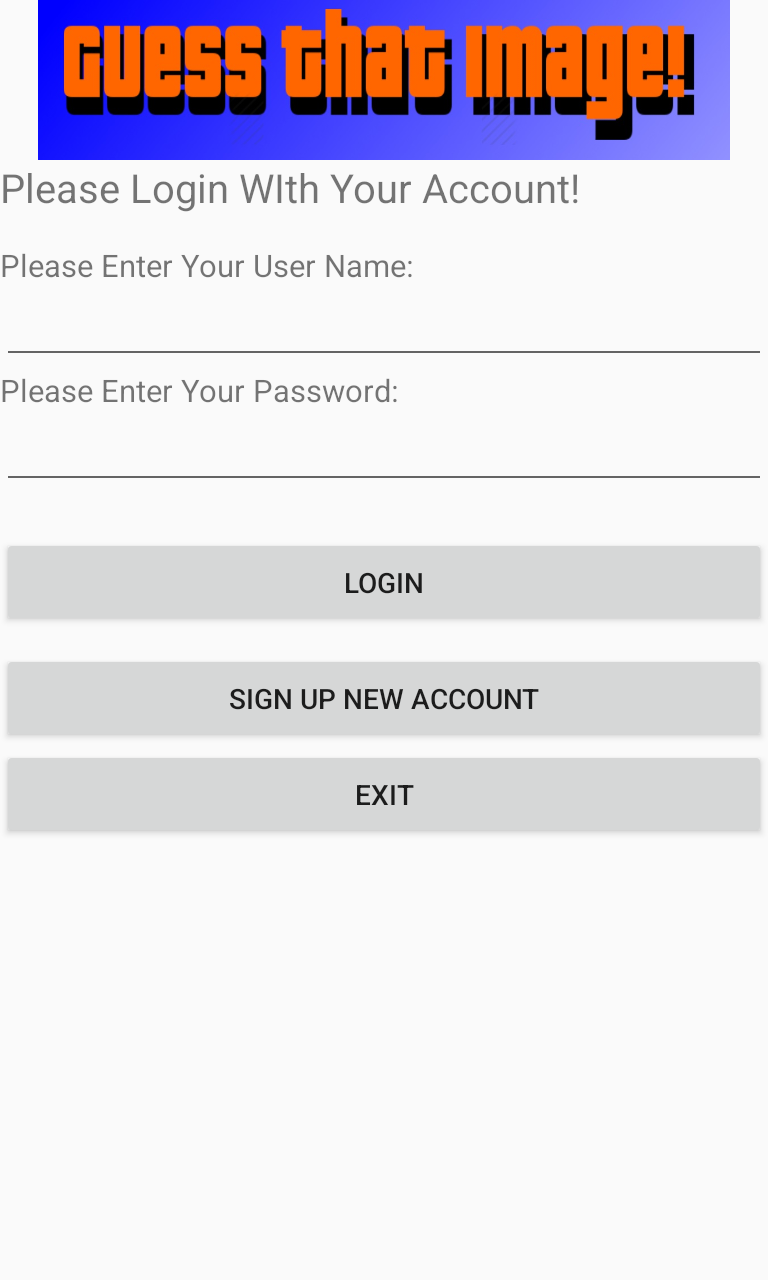
Repository: bdagostino/cse5236FinalProject
Layout: GuessThatImage/res/layout/login.xml
An editor plug-in stored every save of this project. The layout is shown before and after the next save, followed by the edit.
It is drawn on a 768 x 1280 px phone screen (xhdpi) without system bars, with theme AppTheme; the app's code is not run.

Above is the layout before, as saved 2014-07-04 00:37:25.

After the next save:
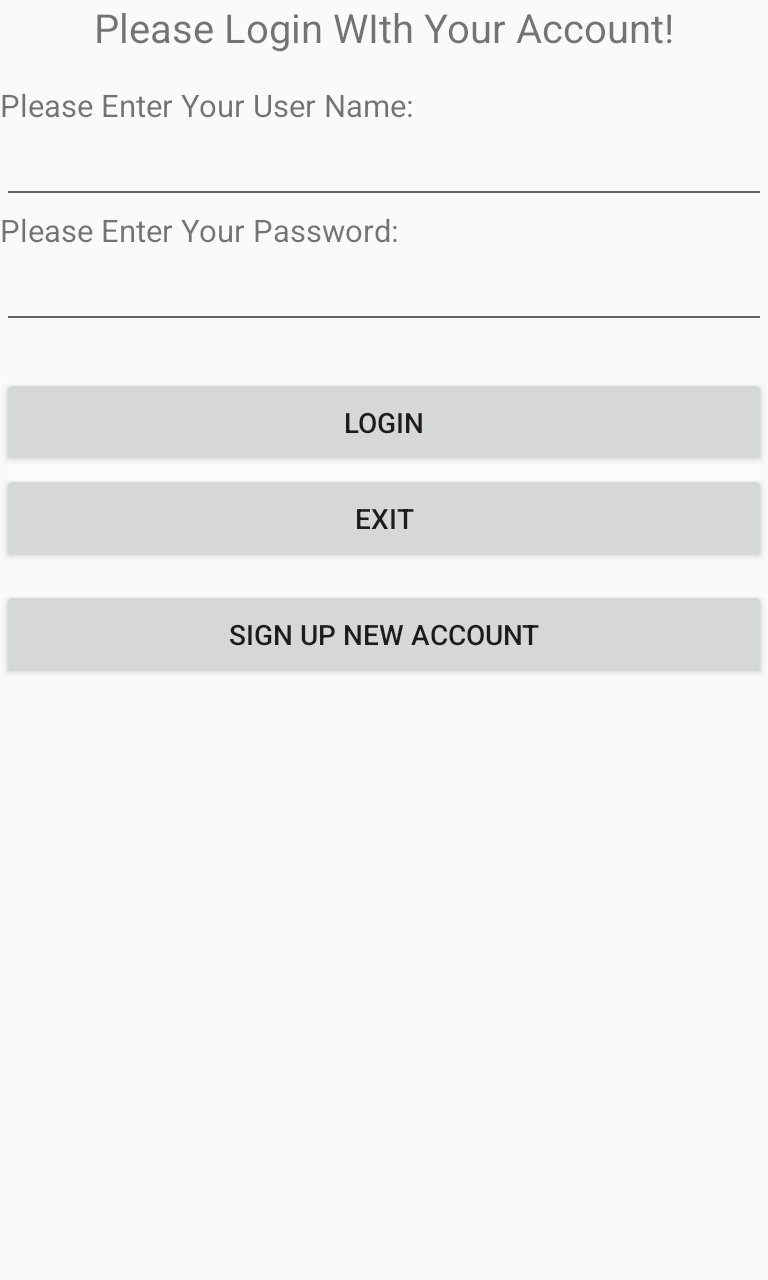
Saved 68 s later.
--- a/GuessThatImage/res/layout/login.xml
+++ b/GuessThatImage/res/layout/login.xml
@@ -4,15 +4,10 @@
     android:layout_height="match_parent"
     android:orientation="vertical" >
 
-        <ImageView
-            android:id="@+id/imageView1"
-            android:layout_width="wrap_content"
-            android:layout_height="80dp"
-            android:src="@drawable/title" />
-
-        <TextView
+    <TextView
             android:layout_width="wrap_content"
             android:layout_height="wrap_content"
+            android:layout_gravity="center"
             android:layout_marginBottom="15dip"
             android:text="@string/login_title"
             android:textSize="20sp" />
@@ -53,16 +48,17 @@
             android:text="@string/login" />
 
         <Button
+            android:id="@+id/cancel_button"
+            android:layout_width="match_parent"
+            android:layout_height="wrap_content"
+            android:text="@string/exit" />
+
+        <Button
             android:id="@+id/new_user_button"
             android:layout_width="match_parent"
             android:layout_height="wrap_content"
             android:layout_marginTop="10dip"
             android:text="@string/new_user" />
 
-        <Button
-            android:id="@+id/cancel_button"
-            android:layout_width="match_parent"
-            android:layout_height="wrap_content"
-            android:text="@string/exit" />
 
 </LinearLayout>
